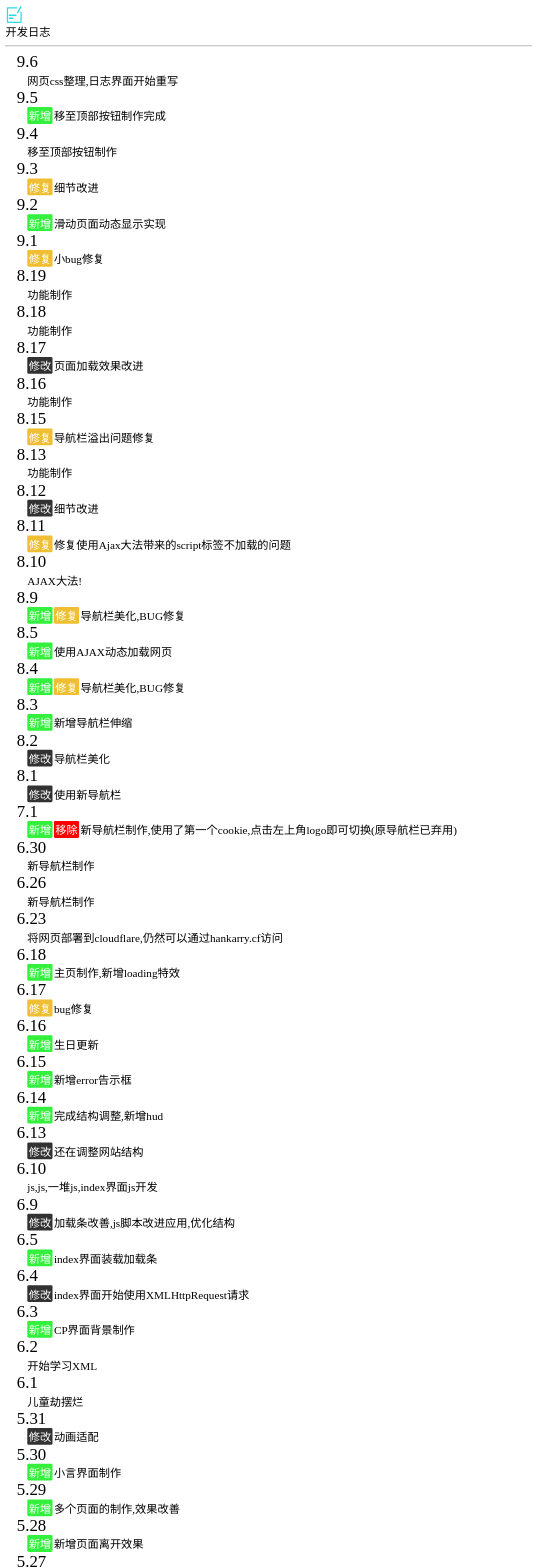
Repository: hankarry/personal_page
Page: diary/diary_pageload.html
An editor plug-in stored every save of this project. The page is shown before and after the next save, followed by the edit.
The browser window is 768 px wide. The pictures show the part of the page from y = 0 to 2240 px (the page is 3770 px tall), at 70% of full size.

Above is the page before, as saved 2022-09-08 21:20:10.
Console error: ReferenceError: Header is not defined

After the next save:
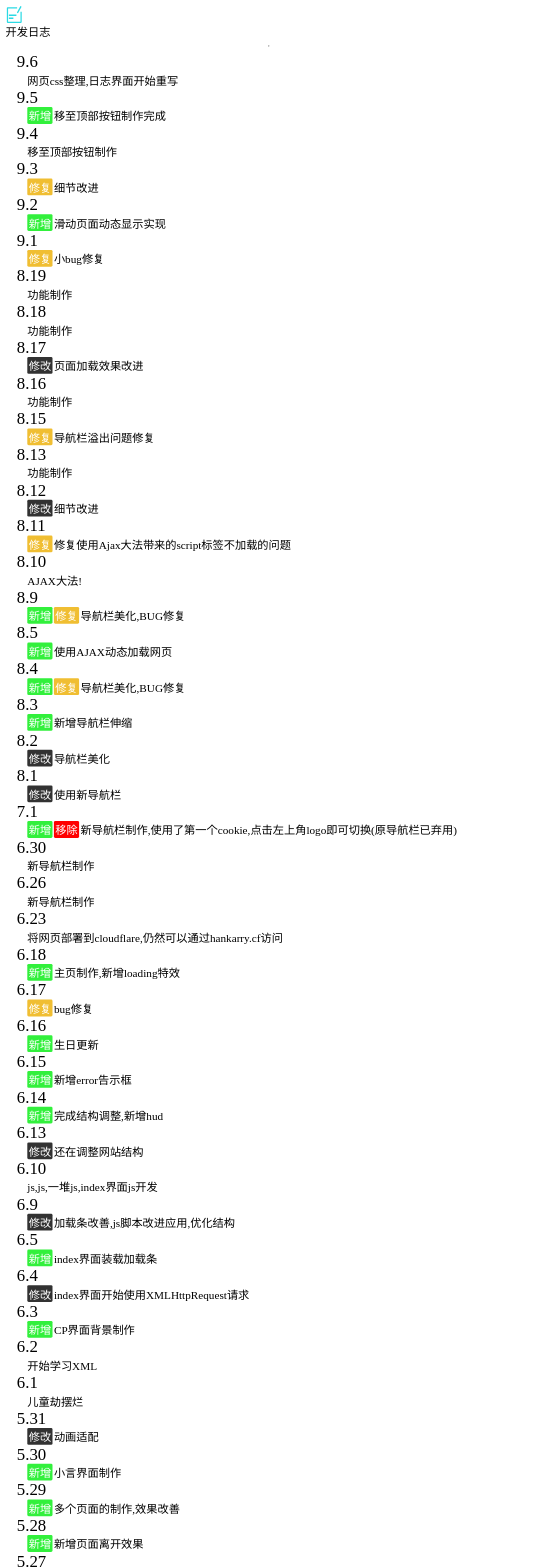
Saved 30 s later.
--- a/css/diary.css
+++ b/css/diary.css
@@ -1,5 +1,9 @@
-#head_diary {
+@media screen and (max-width: 992px) {
+    #whole {
+        display: grid;
+        --grid-column : 75% 25%;
 
+    }
 }
 
 #diary {
